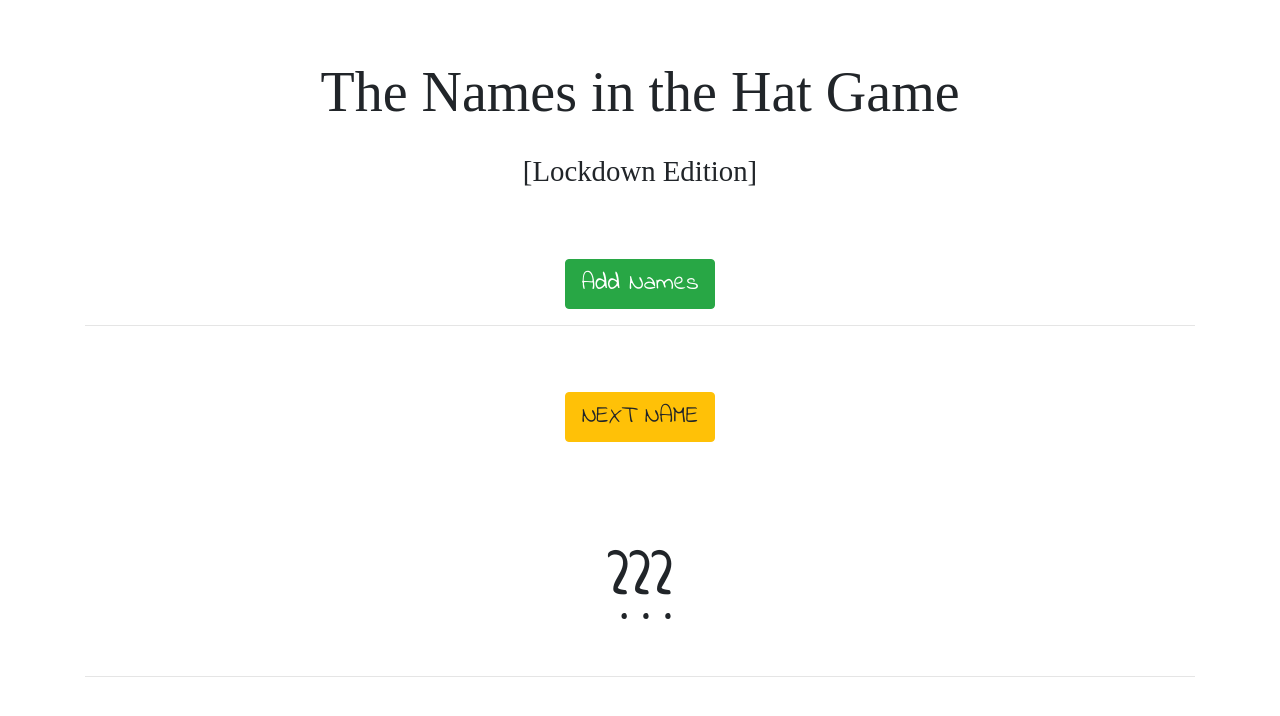
Repository: TaylorD1982/randomizer
Page: index.html
The author's editor kept a record of every edit. The page is drawn from the files as they stood at one moment, then again after the next edit.
The browser window is 1280 px wide. The pictures show the whole page.
Some web fonts or font styles are not loaded; a fallback is used. Some web libraries are served in a nearby version.

Above is the page before.

### index.html
<!DOCTYPE html>
<html lang="en">

<head>
    <meta charset="UTF-8">
    <meta name="viewport" content="width=device-width, initial-scale=1.0">
    <meta http-equiv="X-UA-Compatible" content="ie=edge">
    <title>The Names in the Hat Game</title>
    <link rel="icon" href="images/markk.png">
    <link href="https://fonts.googleapis.com/css2?family=Indie+Flower&display=swap" rel="stylesheet">
    <link href="https://fonts.googleapis.com/css2?family=Frijole&display=swap" rel="stylesheet">
    <link rel="stylesheet" href="https://maxcdn.bootstrapcdn.com/bootstrap/4.0.0/css/bootstrap.min.css" integrity="sha384-Gn5384xqQ1aoWXA+058RXPxPg6fy4IWvTNh0E263XmFcJlSAwiGgFAW/dAiS6JXm" crossorigin="anonymous">
    <link rel="stylesheet" href="style.css">
</head>

<body>
    <div class="container">
        <div class="row app">
            <div class="col">
                <div>
                    <P class="title">The Names in the Hat Game</P>
                    <P class="lock">[Lockdown Edition]</P>
                </div>
                <a href="submit.html" class="btn btn-success">
                      Add Names
                </a>
                <hr>
                <button id="Button" type="button" class="btn btn-warning">
                      NEXT NAME
                </button>
                <br>
                <br>
                <br>
                <div id="Answer" class="result">
                    ???
                </div>
                <hr>
            </div>
        </div>
    </div>
</body>
<script>
    // myArray initial content, as a global variable :
    var myArray = [
        'Al Hutchison',
        'Craig Bingham',
        'David Taylor',
        'Juliet',
        'Will',
        'Laura',
        'Lindsey',
        'Tom Hanks',
        'Struan',
        'Jim Jeffries',
        'Max',
        'Kathryn',
        'The Rock',
        'Jesus',
        'James Bond',
        'Sean Duffy',
        'Michael Jordan',
        'Bilbo Baggins',
    ];

    // the event handler, randomly emptying myArray one at a time :
    document.getElementById("Button").onclick = function() {
        // check for an empty array :
        if (myArray.length > 0) {
            var optionsE = Math.floor(Math.random() * myArray.length);
            var removedE = myArray.splice(optionsE, 1);
            document.getElementById("Answer").innerHTML = removedE[0];
        }
        else {
            alert("GAME OVER!");
        }
    }
</script>
<script src="https://code.jquery.com/jquery-3.2.1.slim.min.js" integrity="sha384-KJ3o2DKtIkvYIK3UENzmM7KCkRr/rE9/Qpg6aAZGJwFDMVNA/GpGFF93hXpG5KkN" crossorigin="anonymous"></script>
<script src="https://cdnjs.cloudflare.com/ajax/libs/popper.js/1.12.9/umd/popper.min.js" integrity="sha384-ApNbgh9B+Y1QKtv3Rn7W3mgPxhU9K/ScQsAP7hUibX39j7fakFPskvXusvfa0b4Q" crossorigin="anonymous"></script>
<script src="https://maxcdn.bootstrapcdn.com/bootstrap/4.0.0/js/bootstrap.min.js" integrity="sha384-JZR6Spejh4U02d8jOt6vLEHfe/JQGiRRSQQxSfFWpi1MquVdAyjUar5+76PVCmYl" crossorigin="anonymous"></script>

</html>

### style.css
.app {
    padding-top: 50px;
    text-align: center;
}

.app2 {
    padding-top: 50px;
    text-align: center;
    padding-left: 100px;
    padding-right: 100px;
}

.result {
    padding-top: 50px;
    font-family: 'Indie Flower', cursive;
    font-size: 5em;
}

.btn {
    width: 150px;
    font-family: 'Indie Flower', cursive;
    font-size: 1.5em;
    margin-top: 50px;
}

.title {
    font-family: 'Frijole', cursive;
    font-size: 3.5em;
}

@media only screen and (max-width: 600px) {
.title {
    font-size: 2em;
}}

@media only screen and (max-width: 600px) {
.result {
    font-size: 3em;
}}

.lock {
    font-family: 'Frijole', cursive;
    font-size: 1.8em;
}

@media only screen and (max-width: 600px) {
.lock {
    font-family: 'Frijole', cursive;
    font-size: 1.2em;
}}

.app3 {
    padding-top: 50px;
    text-align: center;
    padding-left: 100px;
    padding-right: 100px;
}

@media only screen and (max-width: 600px) {
.app3 {
    padding-top: 50px;
    text-align: center;
    padding-left: 10px;
    padding-right: 10px;
}}

After the next edit:
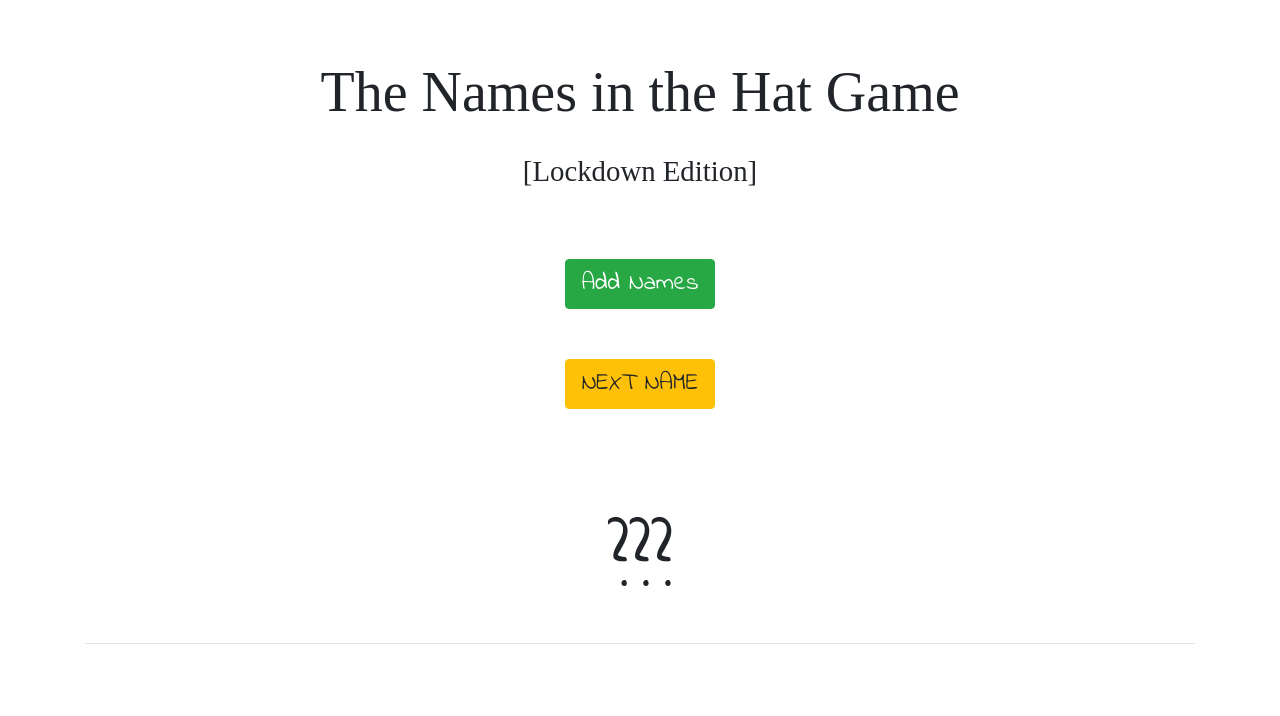
The edit:
--- a/index.html
+++ b/index.html
@@ -24,7 +24,7 @@
                 <a href="submit.html" class="btn btn-success">
                       Add Names
                 </a>
-                <hr>
+                <br>
                 <button id="Button" type="button" class="btn btn-warning">
                       NEXT NAME
                 </button>
